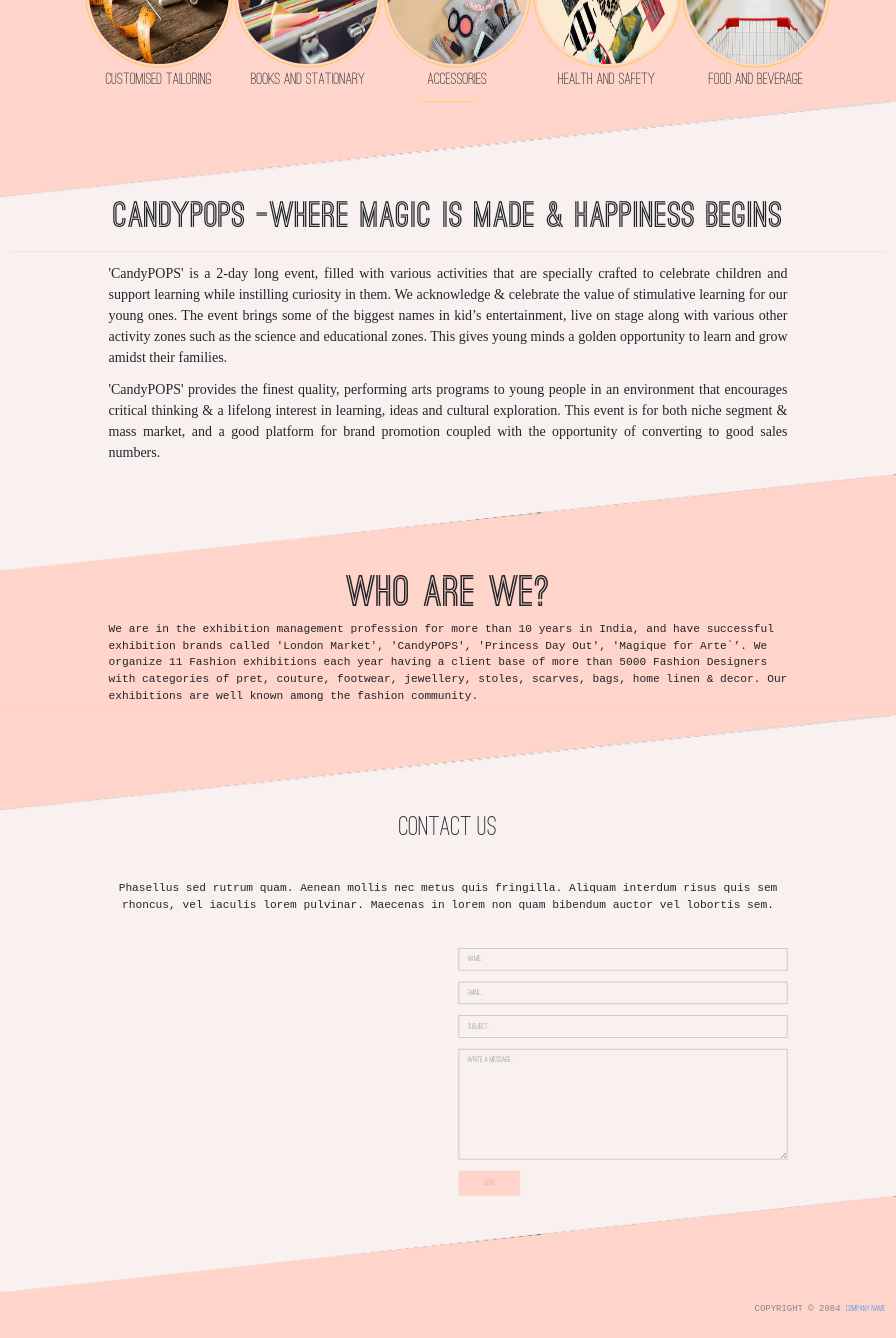
Repository: Demonster1999/newshoperrepo
Page: index.html
An editor plug-in stored every save of this project. The page is shown before and after a run of saves, followed by the edit.
The browser window is 1280 px wide. The pictures show the part of the page from y = 2488 to 4408 px (the page is 4400 px tall before and 4408 px after), at 70% of full size.
Some web libraries are served in a nearby version.

Above is the page before, as saved 2020-07-21 15:54:14.
Console error: TypeError: Cannot read properties of null (reading 'getContext')

After the next 2 saves:
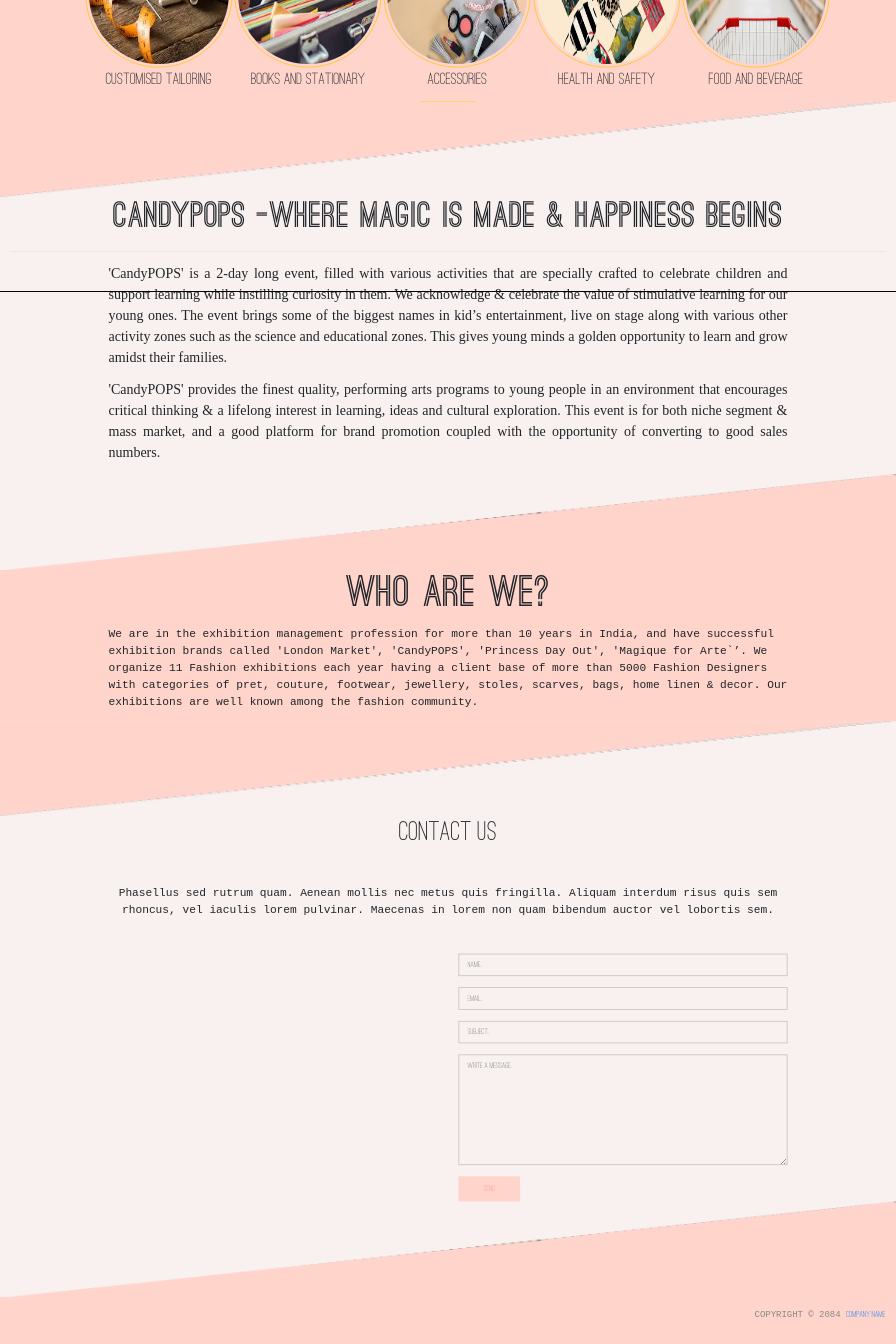
The 2 saves are shown as one change because they came seconds apart.
The last was saved 17 s later.
--- a/index.html
+++ b/index.html
@@ -318,7 +318,7 @@
 
 		<h1 style="font-weight: bold; font-size: 60px;" class="text-center"> Who are we? </h1>
 		<div class="container">
-<p style="font-family: 'Courier New', Courier, monospace;">
+<p style="font-family: 'Courier New', Courier, monospace;" class="mt-2">
 	We are in the exhibition management profession for more than 10 years in India, and have successful exhibition
 	brands
 	called 'London Market', 'CandyPOPS', 'Princess Day Out', 'Magique for Arte`’. We organize 11 Fashion exhibitions
